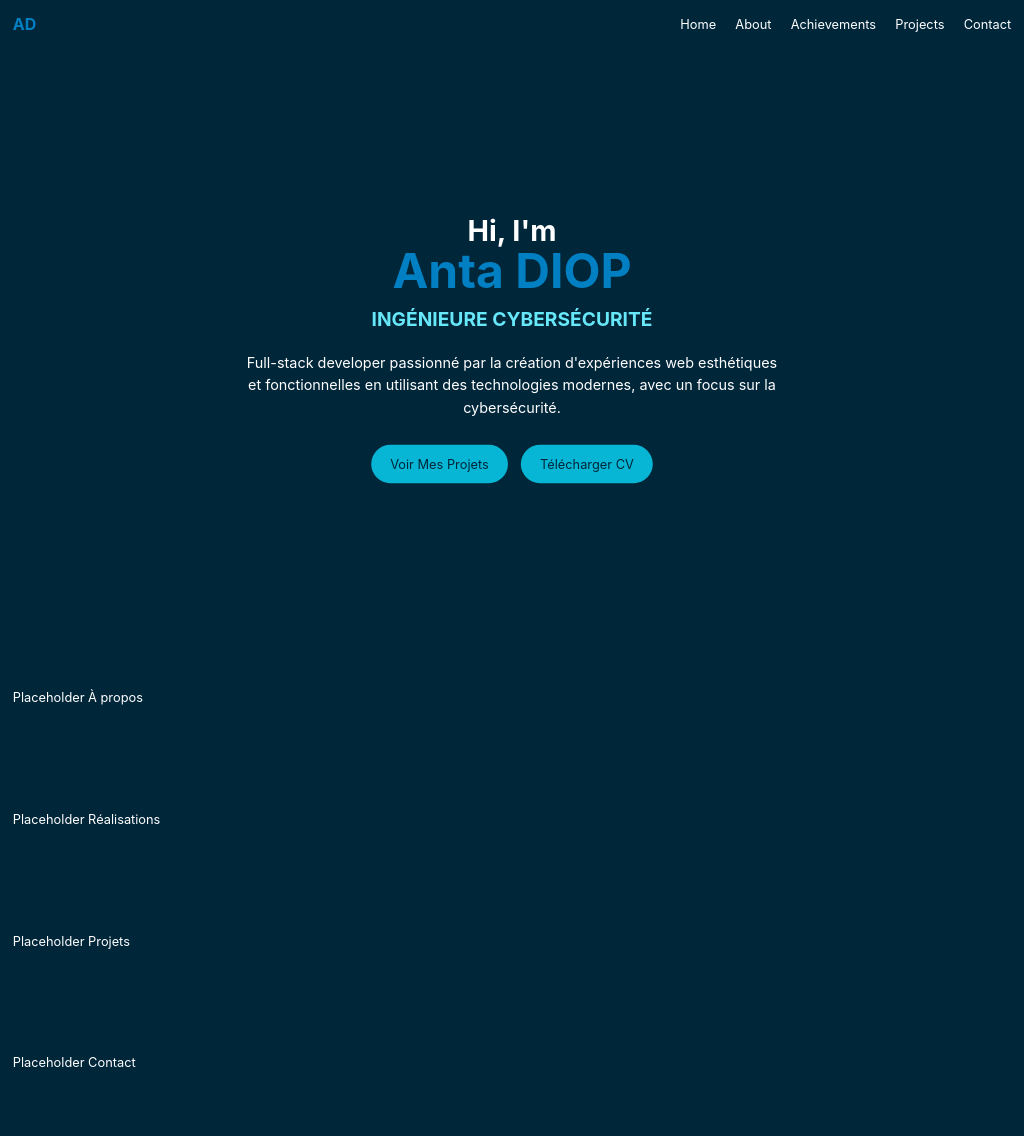
Repository: AntaaaKD/Mon-Portfolio
Page: /
An editor plug-in stored every save of this project. The page is shown before and after a run of saves, followed by the edit.
The browser window is 1280 px wide. The pictures show the whole page, at 80% of full size.
The project was rebuilt for these pictures with package versions that can differ from the ones it lists, and the page was loaded fresh each time.

Above is the page before, as saved 2026-01-14 18:35:34.

After the next 2 saves:
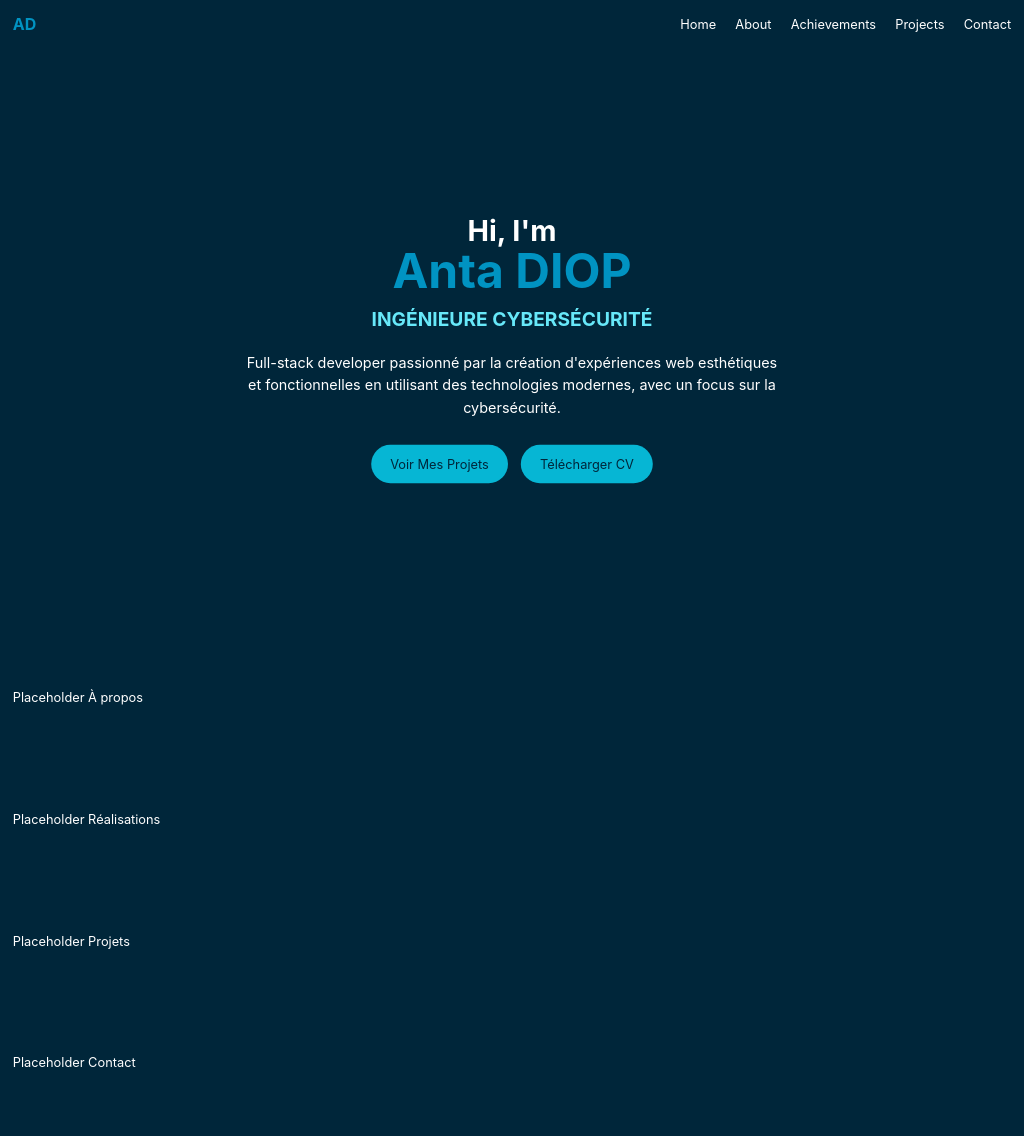
The 2 saves are shown as one change because they came seconds apart.
The last was saved 46 s later.
--- a/tailwind.config.js
+++ b/tailwind.config.js
@@ -7,7 +7,7 @@ module.exports = {
     extend: {
       colors: {
         'custom-blue': 'rgb(0, 38, 58)',  // Ton bleu exact ici
-        'blue-text': 'rgb(0, 128, 194)',
+        'blue-text': 'rgb(0, 147, 194)',
       },
     },
   },
